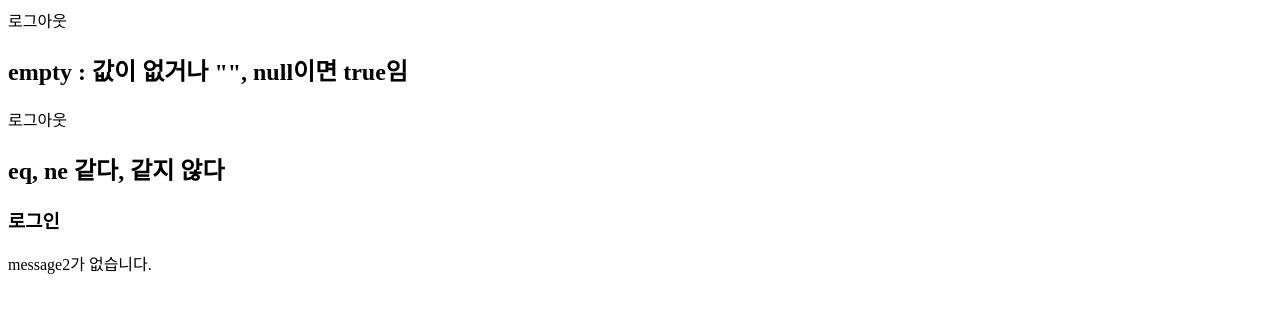
Repository: moonsae/jsp
Page: http://localhost/ELprj0908/jstl4
These files come from the project's save history. The page is drawn as it stood at one moment and after the next save; the edit follows.
The browser window is 1280 px wide. The pictures show the whole page.
The page is served by Tomcat 9.

Above is the page before, as saved 2023-09-08 03:14:36.

After the next save:
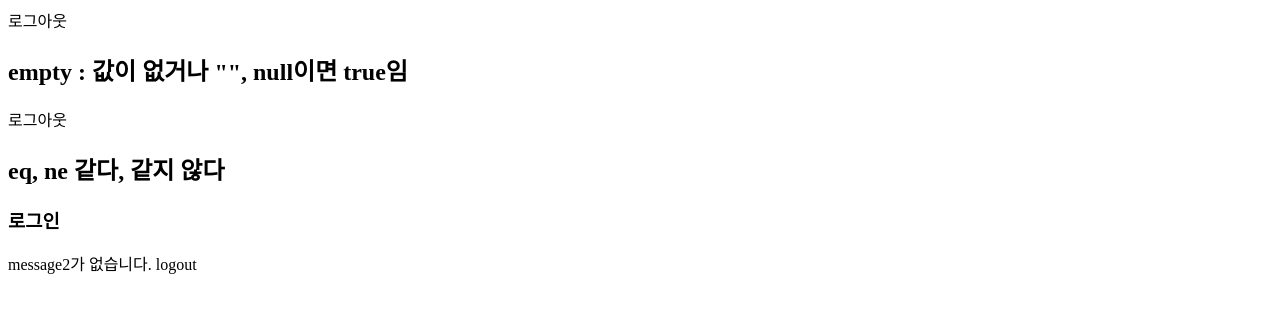
Saved 2 min 13 s later.
--- a/ELprj0908/src/main/webapp/WEB-INF/views/jstl4.jsp
+++ b/ELprj0908/src/main/webapp/WEB-INF/views/jstl4.jsp
@@ -35,5 +35,7 @@
   <c:if test="${empty message2 }">
      message2가 없습니다.
   </c:if>
+  <c:set var="loginOut" value="${empty id ? 'login':'logout' }"/>
+  ${loginOut}
   </body>
 </html>
